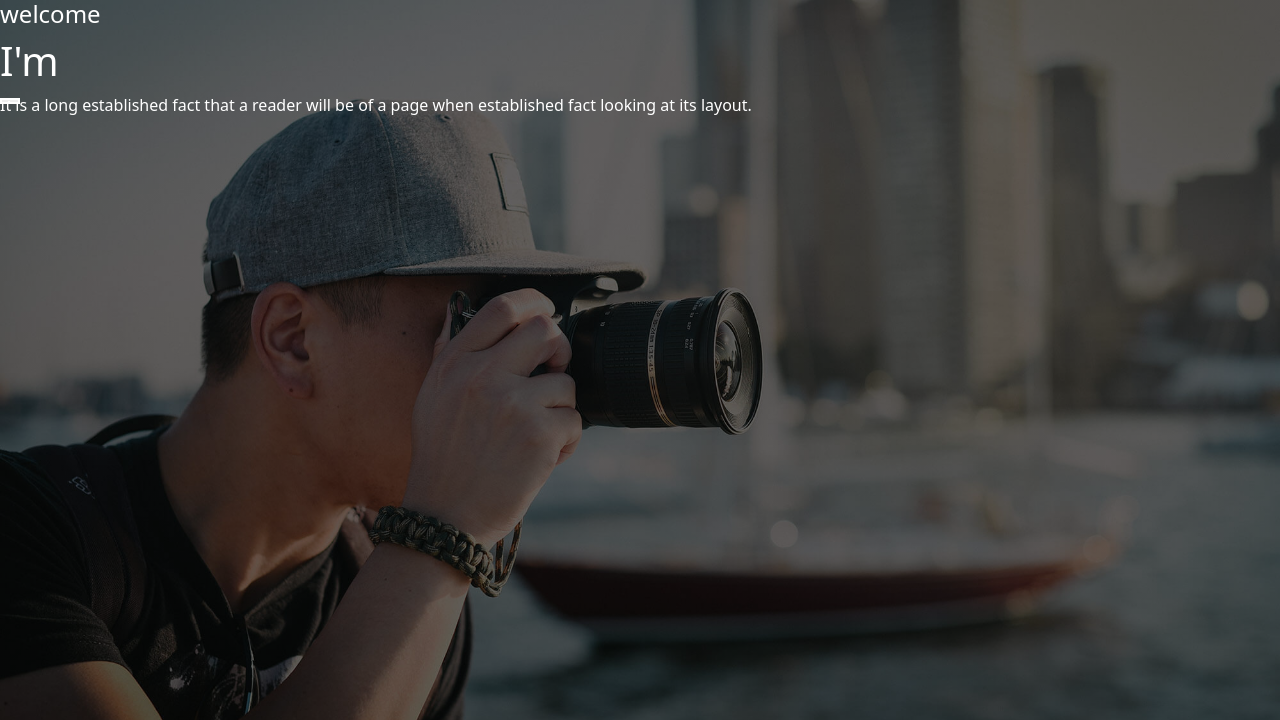
Repository: khaledradwan96/Kerri
Page: index.html
The author's editor kept a copy of each file at every save. The page is drawn from the files as they stood at one save, then again after the next save.
The browser window is 1280 px wide. The pictures show the whole page.

Above is the page before, as saved 2024-05-06 19:55:26.

### index.html
<!DOCTYPE html>
<html lang="en">

<head>
    <meta charset="UTF-8">
    <meta name="viewport" content="width=device-width, initial-scale=1.0">

    <link rel="stylesheet" href="css/all.min.css">
    <link rel="stylesheet" href="css/bootstrap.min.css">
    <link rel="stylesheet" href="css/style.css">

    <title>Kerri</title>
</head>

<body>

    <header class="position-relative vh-100 text-white">
        <h4>welcome</h4>
        <h1>
            I'm
            <span></span>
        </h1>

        <p>
            It is a long established fact that a reader will be of a page when established fact looking at its layout.
        </p>

        <button class="scroll-btn"></button>

    </header>




    <script src="js/bootstrap.bundle.min.js"></script>
</body>

</html>

### css/style.css
header {
  background-image: linear-gradient(rgba(0, 0, 0, 0.6), rgba(0, 0, 0, 0.6)),
    url(../images/asset\ 15.jpeg);
  background-position: center;
  background-size: cover;
}

.scroll-btn {
  width: 20px;
  height: 35ps;
  border: solid 2px #fff;
  transform: translateY(-50px);
}

.scroll-btn::after {
  content: "";
  background-color: #fff;
  display: block;
  width: 2px;
  position: absolute;
  height: 20%;
}

Loaded but not shown: css/all.min.css (library); css/bootstrap.min.css (library); js/bootstrap.bundle.min.js (library)

After the next save:
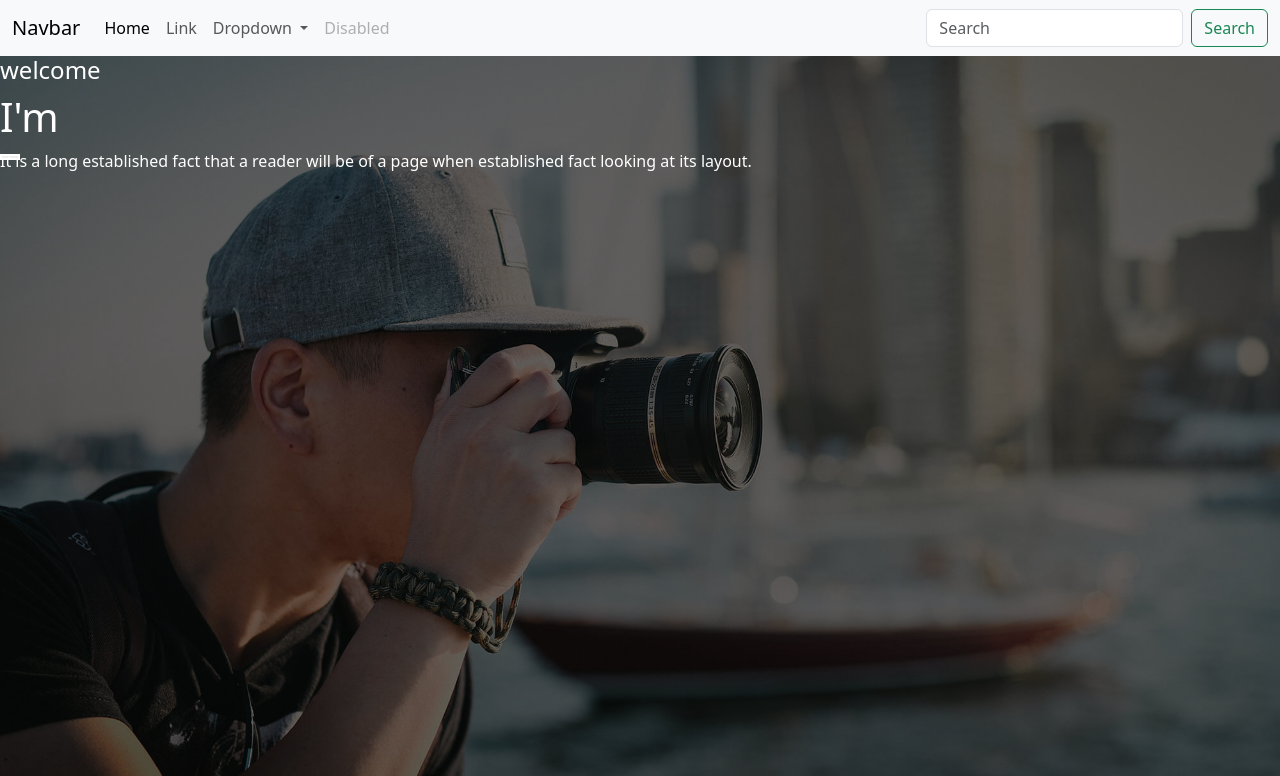
Saved 4 min 11 s later.
--- a/index.html
+++ b/index.html
@@ -13,6 +13,48 @@
 </head>
 
 <body>
+
+    <nav class="navbar navbar-expand-lg bg-body-tertiary">
+        <div class="container-fluid">
+            <a class="navbar-brand" href="#">Navbar</a>
+            <button class="navbar-toggler" type="button" data-bs-toggle="collapse"
+                data-bs-target="#navbarSupportedContent" aria-controls="navbarSupportedContent" aria-expanded="false"
+                aria-label="Toggle navigation">
+                <span class="navbar-toggler-icon"></span>
+            </button>
+            <div class="collapse navbar-collapse" id="navbarSupportedContent">
+                <ul class="navbar-nav me-auto mb-2 mb-lg-0">
+                    <li class="nav-item">
+                        <a class="nav-link active" aria-current="page" href="#">Home</a>
+                    </li>
+                    <li class="nav-item">
+                        <a class="nav-link" href="#">Link</a>
+                    </li>
+                    <li class="nav-item dropdown">
+                        <a class="nav-link dropdown-toggle" href="#" role="button" data-bs-toggle="dropdown"
+                            aria-expanded="false">
+                            Dropdown
+                        </a>
+                        <ul class="dropdown-menu">
+                            <li><a class="dropdown-item" href="#">Action</a></li>
+                            <li><a class="dropdown-item" href="#">Another action</a></li>
+                            <li>
+                                <hr class="dropdown-divider">
+                            </li>
+                            <li><a class="dropdown-item" href="#">Something else here</a></li>
+                        </ul>
+                    </li>
+                    <li class="nav-item">
+                        <a class="nav-link disabled" aria-disabled="true">Disabled</a>
+                    </li>
+                </ul>
+                <form class="d-flex" role="search">
+                    <input class="form-control me-2" type="search" placeholder="Search" aria-label="Search">
+                    <button class="btn btn-outline-success" type="submit">Search</button>
+                </form>
+            </div>
+        </div>
+    </nav>
 
     <header class="position-relative vh-100 text-white">
         <h4>welcome</h4>
